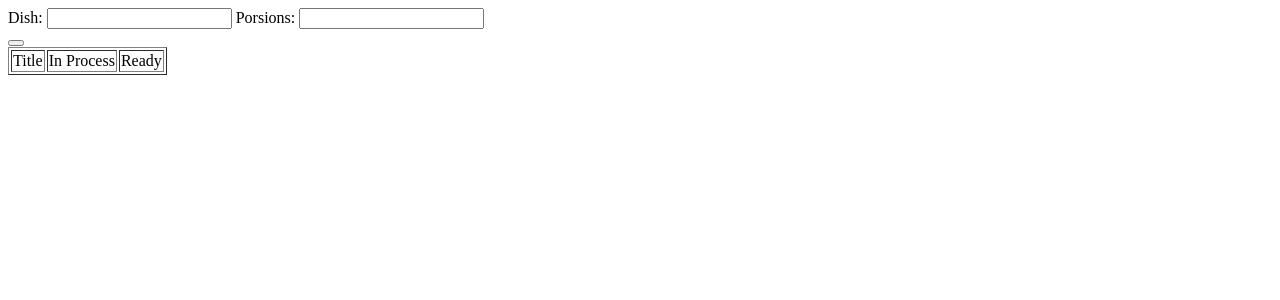
Repository: KseniaMakara/Web
Page: / (app in Vue.js/Vue/app/)
These files come from the project's save history. The page is drawn as it stood at one moment and after the next save; the edit follows.
The browser window is 1280 px wide. The pictures show the whole page.
The project was rebuilt for these pictures with package versions that can differ from the ones it lists, and the page was loaded fresh each time.

Above is the page before, as saved 2021-09-18 20:11:47.

### Vue.js/Vue/app/src/App.vue
<template>
  <div>
    <div>
      <label>
        Dish:
        <input type="text" v-model="dishTitle">
        Porsions:
        <input type="number" v-model="dishCount">
      </label>
      <div>
        <button @click="addToTable"></button>
      </div>
      <div>
        <table border="1px">
          <thead>
            <td>Title</td>
            <td>In Process</td>
            <td>Ready</td>
          </thead>
          <tbody>
            <tr v-for="dishEl in dishList" :key="id" >
              <td>{{}}</td>
              <td></td>
              <td></td>
            </tr>
          </tbody>
        </table>

      </div>
    </div>
  </div>
</template>

<script>
  export default {

  }
</script>

<style lang="scss" scoped>

</style>

Loaded but not shown: Vue.js/Vue/app/public/index.html (common file); Vue.js/Vue/app/src/main.js (common file)

After the next save:
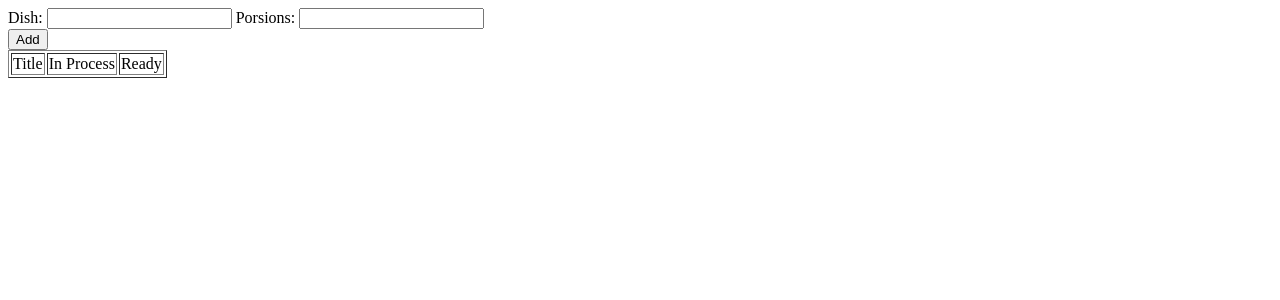
Saved 5 s later.
--- a/Vue.js/Vue/app/src/App.vue
+++ b/Vue.js/Vue/app/src/App.vue
@@ -8,7 +8,9 @@
         <input type="number" v-model="dishCount">
       </label>
       <div>
-        <button @click="addToTable"></button>
+        <button @click="addToTable">
+          Add
+        </button>
       </div>
       <div>
         <table border="1px">
